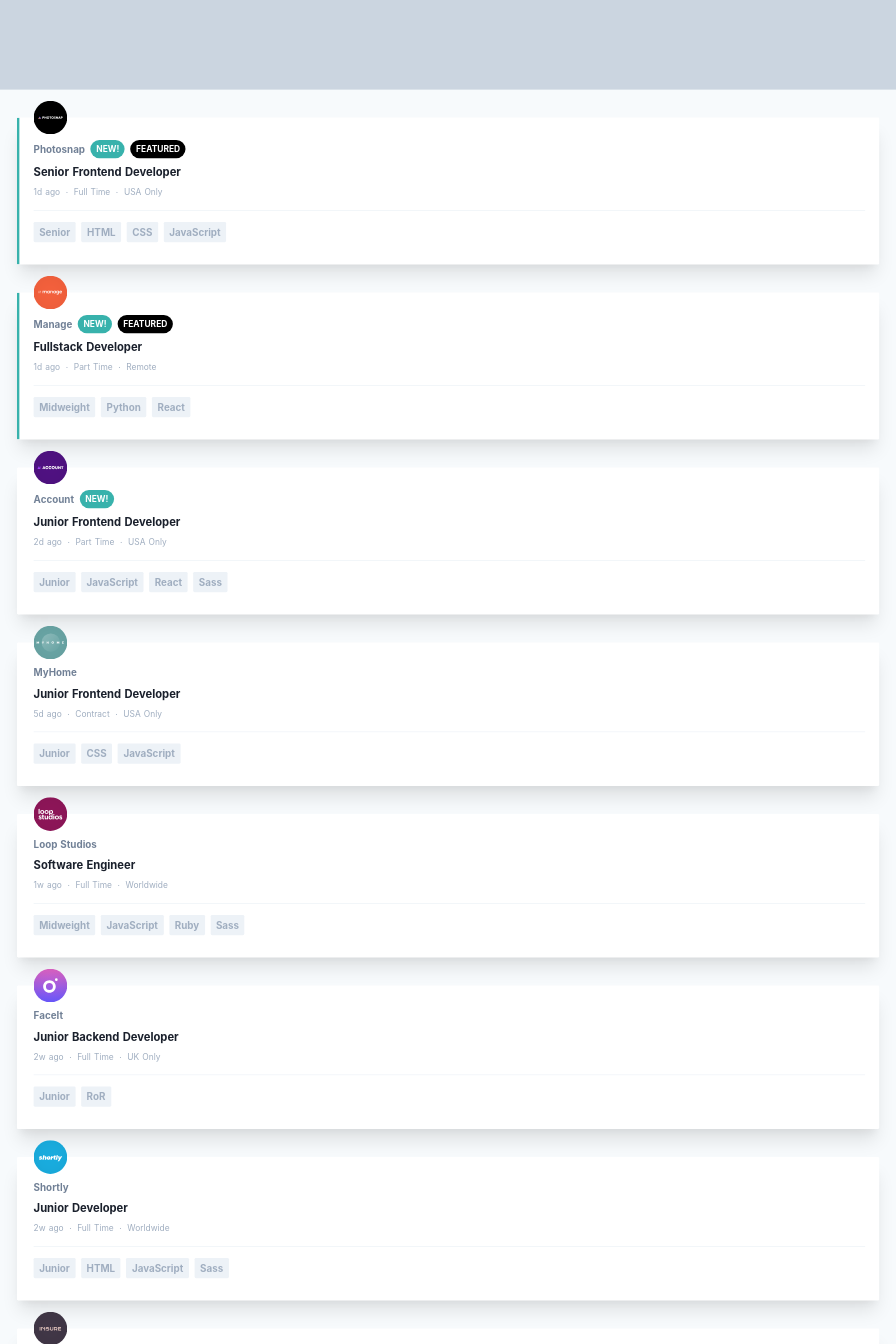
Repository: asongdon/frontendmentor-joblisting
Page: /
These files come from the project's save history. The page is drawn as it stood at one moment and after the next save; the edit follows.
The browser window is 1280 px wide. The pictures show the part of the page from y = 0 to 1920 px (the page is 2593 px tall), at 70% of full size.
The project was rebuilt for these pictures with package versions that can differ from the ones it lists, and the page was loaded fresh each time. The framework's server and built-in components were replaced by stand-ins that run in the browser. Also part of the build but not shown: nuxt.config.js.

Above is the page before, as saved 2020-04-12 22:07:59.

After the next save:
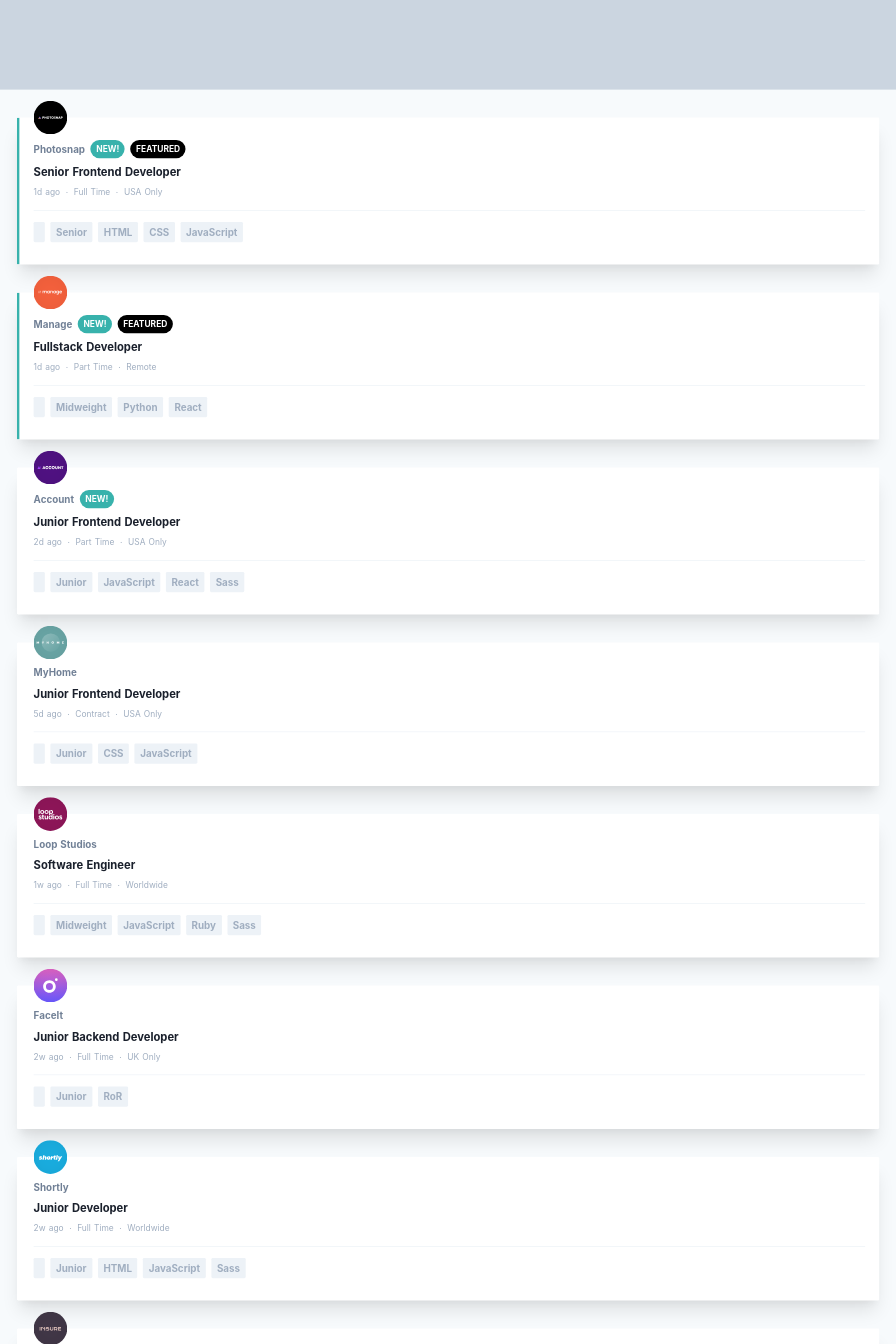
Saved 33 s later.
--- a/components/Maincard.vue
+++ b/components/Maincard.vue
@@ -41,6 +41,11 @@
       <div
         class="px-2 py-1 bg-gray-200 text-gray-500 rounded-sm font-bold mr-2 mb-4 text-sm"
       >
+        {{ role }}
+      </div>
+      <div
+        class="px-2 py-1 bg-gray-200 text-gray-500 rounded-sm font-bold mr-2 mb-4 text-sm"
+      >
         {{ level }}
       </div>
       <div
@@ -74,7 +79,8 @@ export default {
     location: String,
     languages: Array,
     tools: Array,
-    level: String
+    level: String,
+    role: String
   }
 }
 </script>
